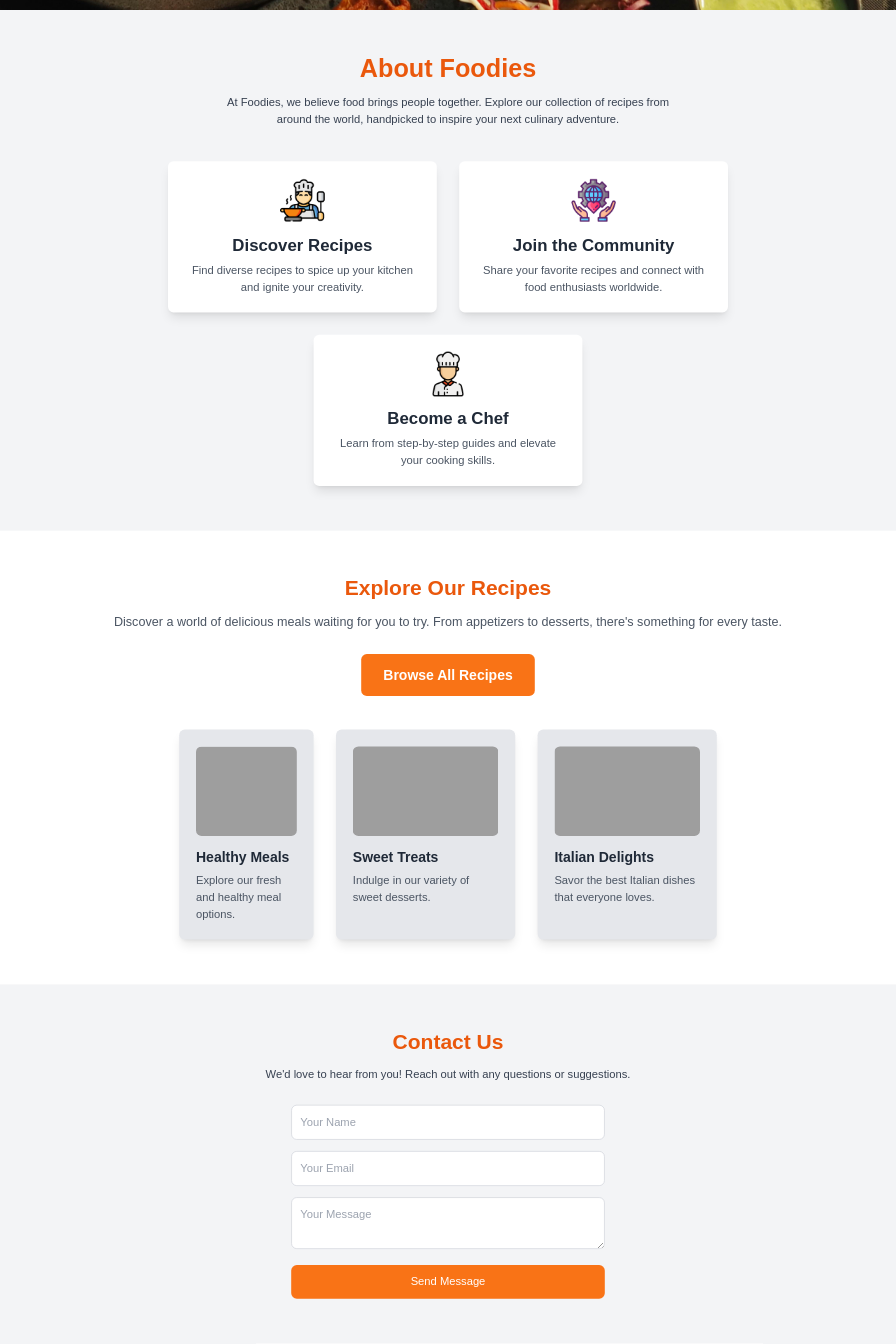
Repository: Ademaulana100499/foodies
Page: /Main
The author's editor kept a copy of each file at every save. The page is drawn from the files as they stood at one save, then again after the next save.
The browser window is 1280 px wide. The pictures show the part of the page from y = 705 to 2625 px (the page is 2625 px tall before and 2601 px after), at 70% of full size.
Pictures or frames that could not be fetched are drawn as grey boxes. The project was rebuilt for these pictures with package versions that can differ from the ones it lists, and the page was loaded fresh each time. The framework's server and built-in components were replaced by stand-ins that run in the browser. Also part of the build but not shown: next.config.ts.

Above is the page before, as saved 2025-01-10 11:33:03.

After the next save:
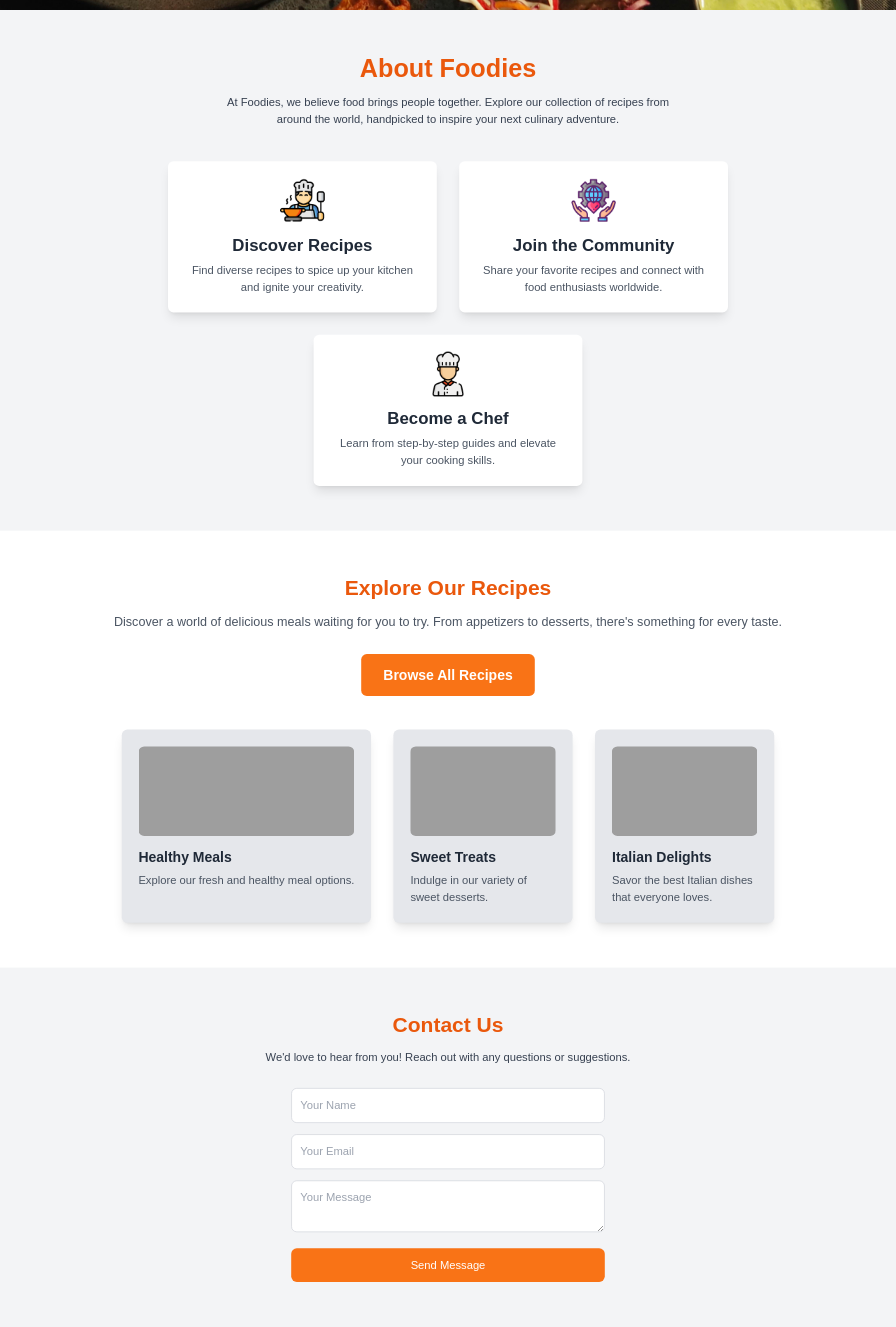
Saved 12 s later.
--- a/src/pages/Main/index.tsx
+++ b/src/pages/Main/index.tsx
@@ -95,7 +95,7 @@ const MainPage = () => {
           </Link>
         </div>
         <div className="mt-12 flex flex-wrap justify-center gap-8">
-          <div className="bg-gray-200 p-6 rounded-lg shadow-lg w-48 ">
+          <div className="bg-gray-200 p-6 rounded-lg shadow-lg ">
             <img
               src="https://nutritionrefined.com/wp-content/uploads/2023/08/homemade-garden-salad-featured.jpg"
               alt="Salad"
